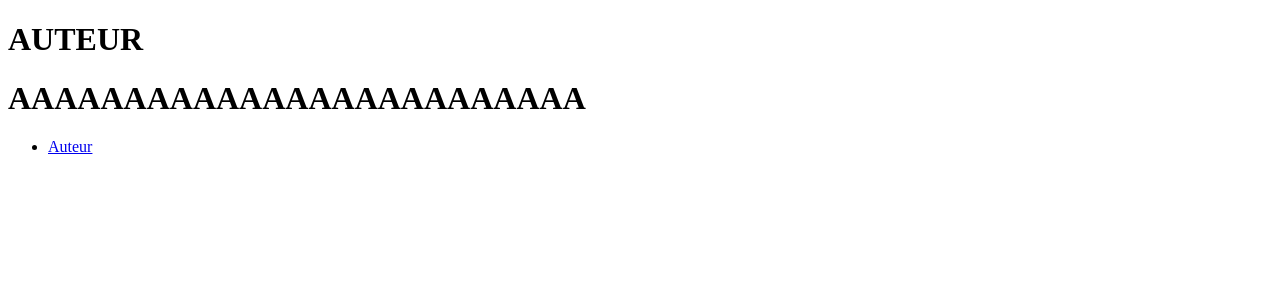
Repository: ThomasMTNB/EclipseJSP-JEE-JSTL
Page: http://localhost/JEEProjetBiblioTP/
An editor plug-in stored every save of this project. The page is shown before and after the next save, followed by the edit.
The browser window is 1280 px wide. The pictures show the whole page.
The page is served by Tomcat 9.

Above is the page before, as saved 2022-06-29 14:17:06.

After the next save:
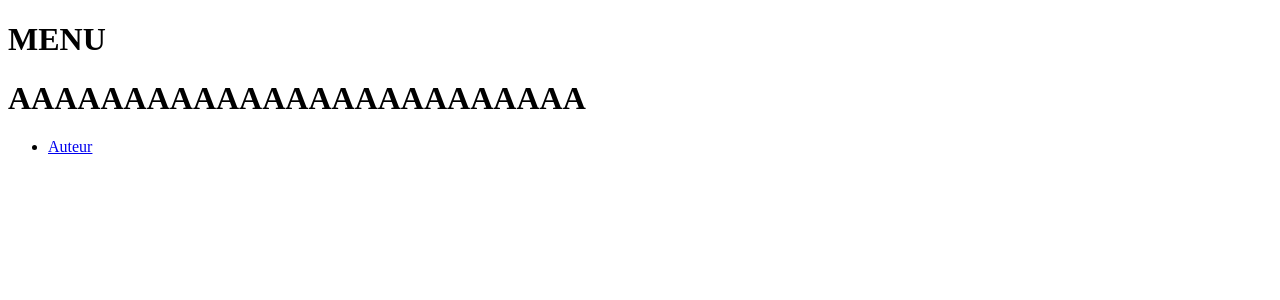
Saved 95 s later.
--- a/JEEProjetBiblioTP/src/main/webapp/index.jsp
+++ b/JEEProjetBiblioTP/src/main/webapp/index.jsp
@@ -4,20 +4,14 @@
 
 <!DOCTYPE html>
 <html>
-<head>
-<meta charset="ISO-8859-1">
-<title>Insert title here</title>
+	<head>
+		<meta charset="ISO-8859-1">
+		<title>TEST JEE</title>
+	</head>
 
 
-</head>
+	<body>
 
-
-<body>
-
-<h1> AUTEUR</h1>
-
-<c:import url="/WEB-INF/menu.jsp" />
-
-
-</body>
-</html>
+	<h1>MENU</h1>
+		<c:import url="/WEB-INF/menu.jsp" />
+	</body>
